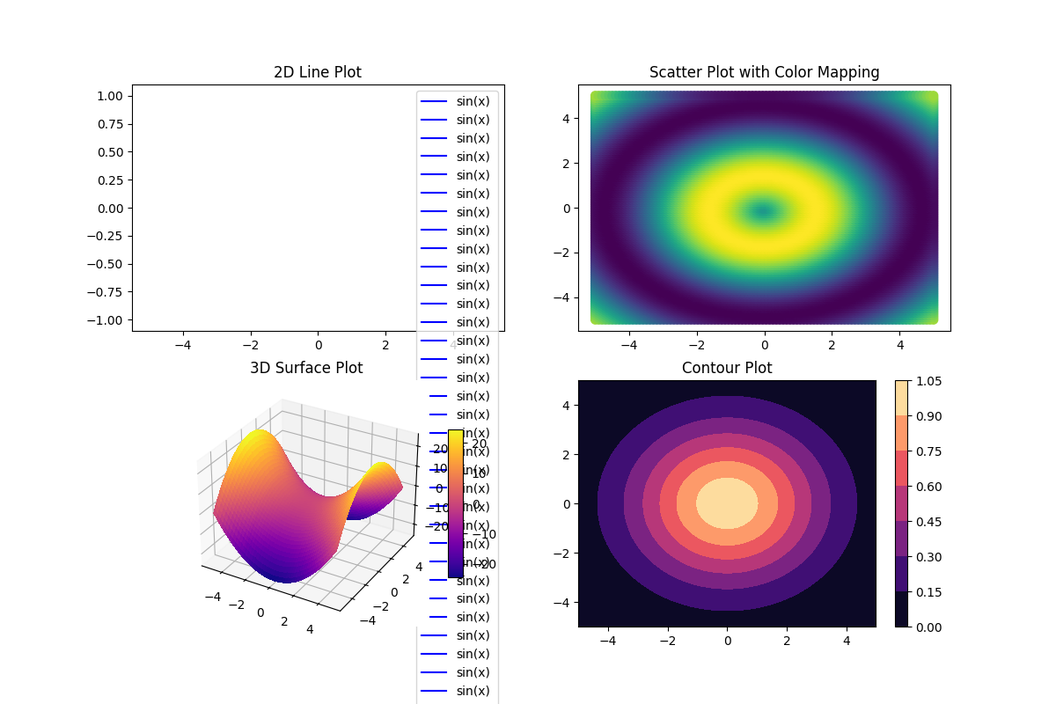
Repository: leoh1223/HW_Python
Script's output: python Amazing_plot.py
These files come from the project's save history. The script's output is drawn as it stood at one moment and after the next save; the edit follows.
The pictures are shown at 88% of full size.
Each picture stacks the figures in order, with grey between them; figures that are only written to a file come last. Random numbers start from a fixed seed.

Above is the script's output before, as saved 2024-01-08 16:00:20.

### Amazing_plot.py
import numpy as np
import matplotlib.pyplot as plt
from mpl_toolkits.mplot3d import Axes3D

# Generate some data for demonstration
x = np.linspace(-5, 5, 100)
y = np.linspace(-5, 5, 100)
x, y = np.meshgrid(x, y)
z1 = np.sin(np.sqrt(x**2 + y**2))
z2 = np.exp(-(x**2 + y**2) / 10)
z3 = x**2 - y**2

# Create a figure with multiple subplots
fig = plt.figure(figsize=(12, 8))

# Subplot 1: 2D Line Plot
plt.subplot(2, 2, 1)
plt.plot(x, np.sin(x), label='sin(x)', color='blue')
plt.plot(x, np.cos(x), label='cos(x)', color='red')
plt.title('2D Line Plot')
plt.legend()

# Subplot 2: Scatter Plot
plt.subplot(2, 2, 2)
plt.scatter(x, y, c=z1, cmap='viridis', s=50)
plt.title('Scatter Plot with Color Mapping')

# Subplot 3: 3D Surface Plot
ax = fig.add_subplot(2, 2, 3, projection='3d')
surface = ax.plot_surface(x, y, z3, cmap='plasma', linewidth=0, antialiased=False)
ax.set_title('3D Surface Plot')
fig.colorbar(surface, ax=ax, shrink=0.6, aspect=10)

# Subplot 4: Contour Plot
plt.subplot(2, 2, 4)
contour = plt.contourf(x, y, z2, cmap='magma')
plt.title('Contour Plot')
fig.colorbar(contour)

# Adjust layout to prevent overlapping
plt.tight_layout()

# Show the plot
plt.show()

After the next save:
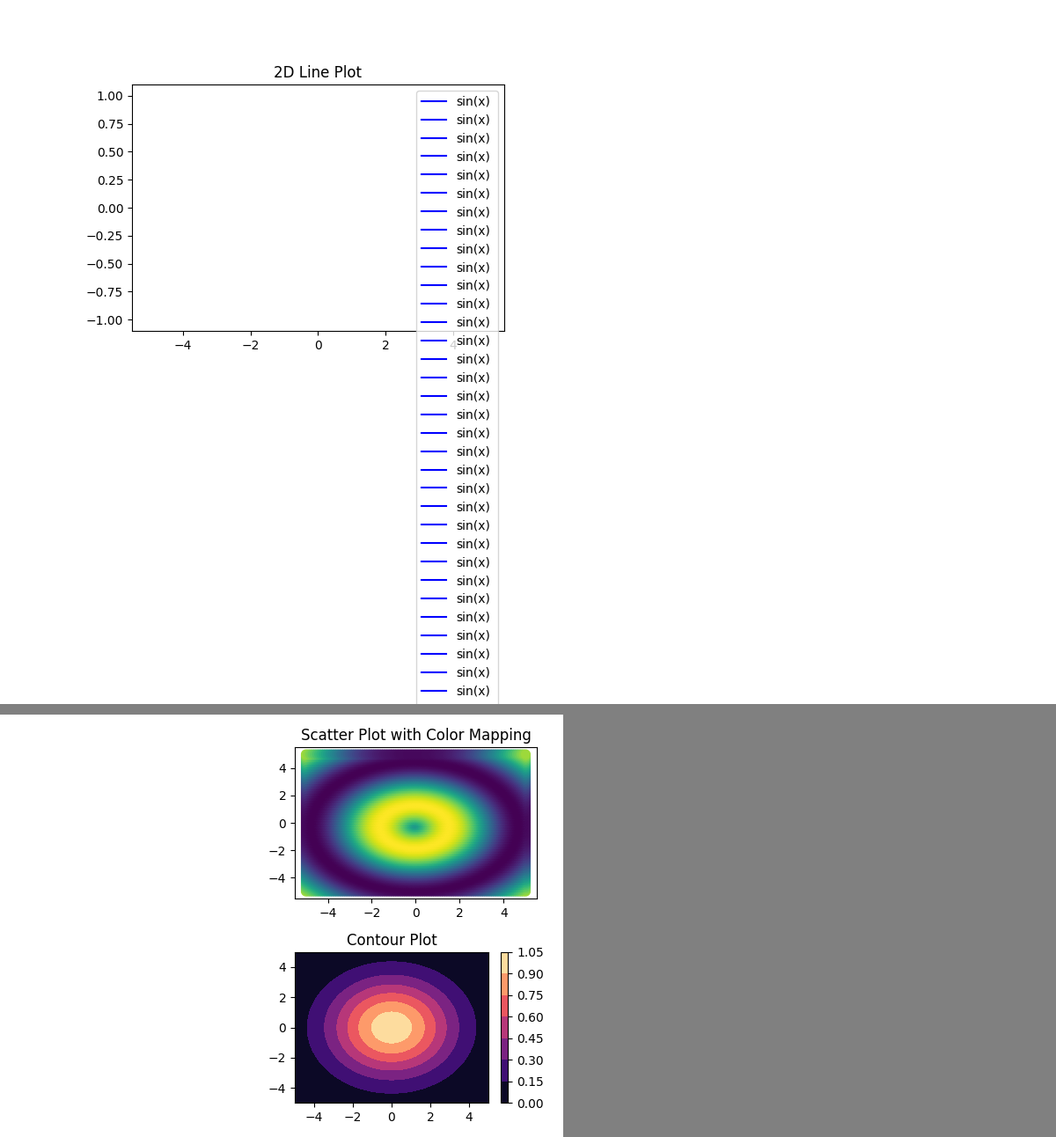
Saved 23 min 6 s later.
--- a/Amazing_plot.py
+++ b/Amazing_plot.py
@@ -19,6 +19,7 @@ plt.plot(x, np.sin(x), label='sin(x)', color='blue')
 plt.plot(x, np.cos(x), label='cos(x)', color='red')
 plt.title('2D Line Plot')
 plt.legend()
+plt.show()
 
 # Subplot 2: Scatter Plot
 plt.subplot(2, 2, 2)
